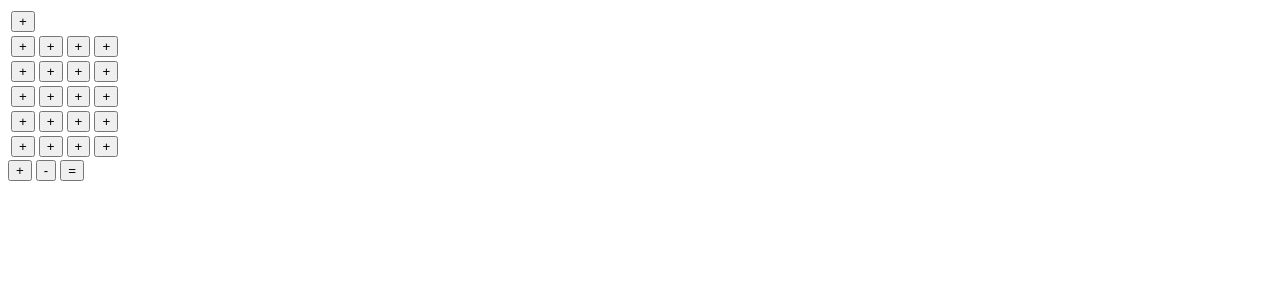
Repository: Dabee-ee/JAVA-lesson2
Page: Personal/JSPPrj/WebContent/calc3.html
An editor plug-in stored every save of this project. The page is shown before and after the next save, followed by the edit.
The browser window is 1280 px wide. The pictures show the whole page.

Above is the page before, as saved 2021-03-13 06:24:53.

### Personal/JSPPrj/WebContent/calc3.html
<!DOCTYPE html>
<html>
<head>
<meta charset="UTF-8">
<title>Insert title here</title>
</head>
<body>
	<div>
		<form action="calc3" method="post">

			<table>
				<tr>
					<td colspan="4"><input type="submit"  WIDTH= "600px" name="operator" value="+" /></td>
				</tr>
								<tr>
					<td><input type="submit" name="operator" value="+" /></td>
					<td><input type="submit" name="operator" value="+" /></td>
					<td><input type="submit" name="operator" value="+" /></td>
					<td><input type="submit" name="operator" value="+" /></td>
				</tr>
								<tr>
					<td><input type="submit" name="operator" value="+" /></td>
					<td><input type="submit" name="operator" value="+" /></td>
					<td><input type="submit" name="operator" value="+" /></td>
					<td><input type="submit" name="operator" value="+" /></td>
				</tr>
								<tr>
					<td><input type="submit" name="operator" value="+" /></td>
					<td><input type="submit" name="operator" value="+" /></td>
					<td><input type="submit" name="operator" value="+" /></td>
					<td><input type="submit" name="operator" value="+" /></td>
				</tr>
								<tr>
					<td><input type="submit" name="operator" value="+" /></td>
					<td><input type="submit" name="operator" value="+" /></td>
					<td><input type="submit" name="operator" value="+" /></td>
					<td><input type="submit" name="operator" value="+" /></td>
				</tr>
								<tr>
					<td><input type="submit" name="operator" value="+" /></td>
					<td><input type="submit" name="operator" value="+" /></td>
					<td><input type="submit" name="operator" value="+" /></td>
					<td><input type="submit" name="operator" value="+" /></td>
				</tr>



			</table>

			<div>
			<input type="submit" name="operator" value="+" />
			<input type="submit" name="operator" value="-" />
			<input type="submit" name="operator" value="=" />
			</div>

		</form>
	</div>
</body>
</html>

After the next save:
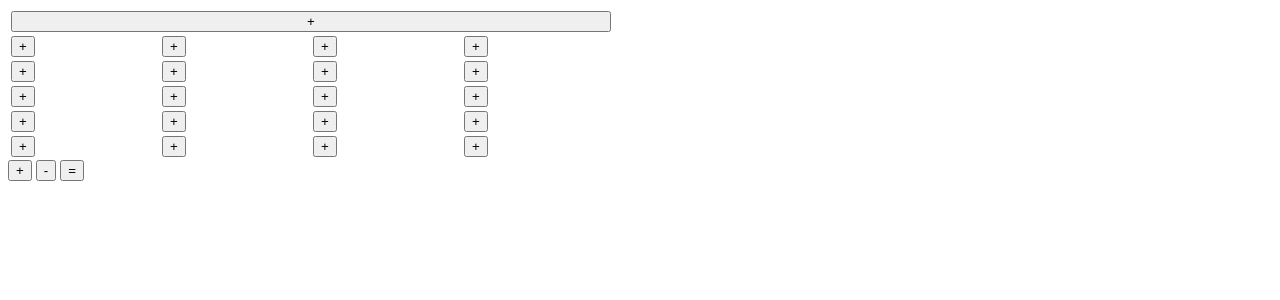
Saved 36 s later.
--- a/Personal/JSPPrj/WebContent/calc3.html
+++ b/Personal/JSPPrj/WebContent/calc3.html
@@ -10,7 +10,7 @@
 
 			<table>
 				<tr>
-					<td colspan="4"><input type="submit"  WIDTH= "600px" name="operator" value="+" /></td>
+					<td colspan="4"><input type="submit"  style="WIDTH: 600px" name="operator" value="+" /></td>
 				</tr>
 								<tr>
 					<td><input type="submit" name="operator" value="+" /></td>
